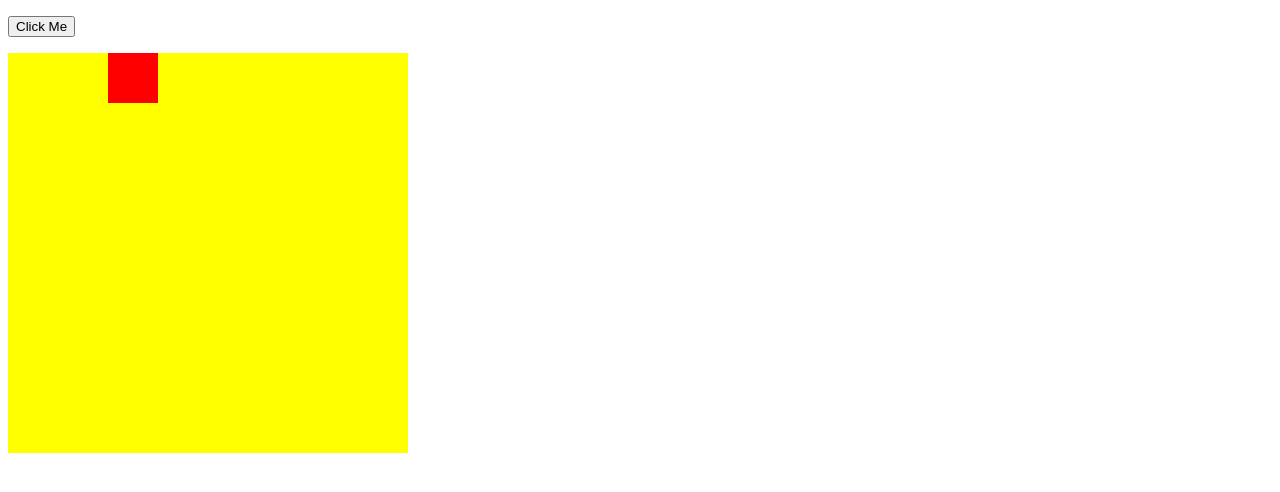
Repository: jcohenp/DI_Exercises
Page: W3/D3/normal/ex_1/index.html
An editor plug-in stored every save of this project. The page is shown before and after the next save, followed by the edit.
The browser window is 1280 px wide. The pictures show the whole page.
After loading, the first visible `button` was clicked once.

Above is the page before, as saved 2020-08-25 15:26:58.

### W3/D3/normal/ex_1/index.html
<!DOCTYPE html>
<html lang="en">

<head>
    <meta charset="UTF-8">
    <meta name="viewport" content="width=device-width, initial-scale=1.0">
    <title>Document</title>
    <style>
        #container {
            width: 400px;
            height: 400px;
            position: relative;
            background: yellow;
        }

        #animate {
            width: 50px;
            height: 50px;
            position: absolute;
            background-color: red;
        }
    </style>
</head>

<body>
    <p><button onclick="myMove()">Click Me</button></p>
    <div id="container">
        <div id="animate"></div>
    </div>
    <script src="./js/script.js"></script>
</body>

</html>

### W3/D3/normal/ex_1/js/script.js
function myMove() {
    let box = document.getElementById("animate");

    let speed = 1;
    var pos = 0;
    var id = setInterval(frame, 5);

    function frame() {
        if (pos == 100) {
            clearInterval(id);
        } else {
            pos += speed;
            box.style.left = pos + "px"
        }
    }

}

After the next save:
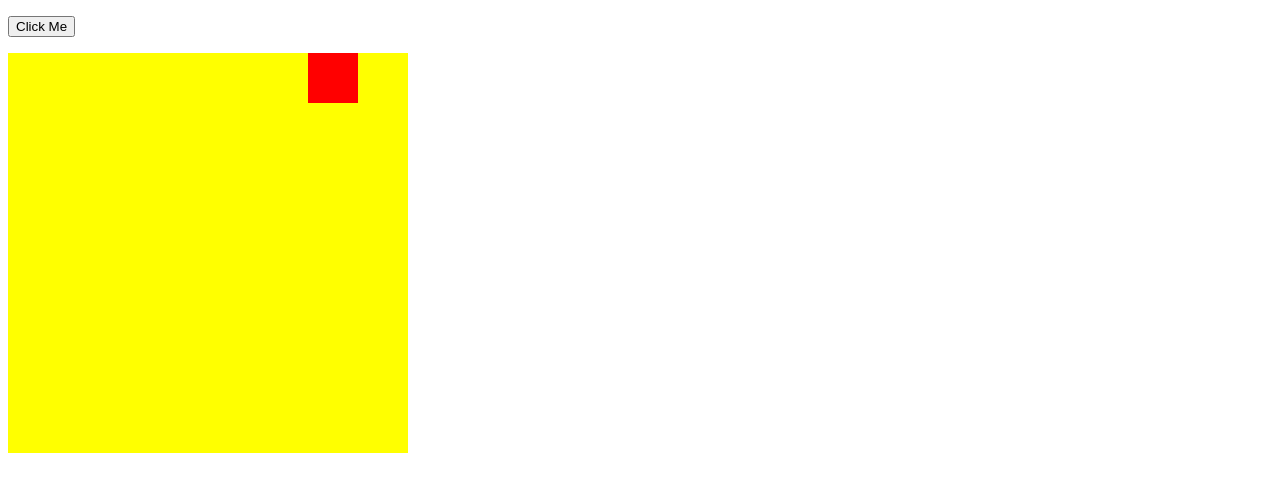
Saved 11 s later.
--- a/W3/D3/normal/ex_1/js/script.js
+++ b/W3/D3/normal/ex_1/js/script.js
@@ -6,7 +6,7 @@ function myMove() {
     var id = setInterval(frame, 5);
 
     function frame() {
-        if (pos == 100) {
+        if (pos == 350) {
             clearInterval(id);
         } else {
             pos += speed;
